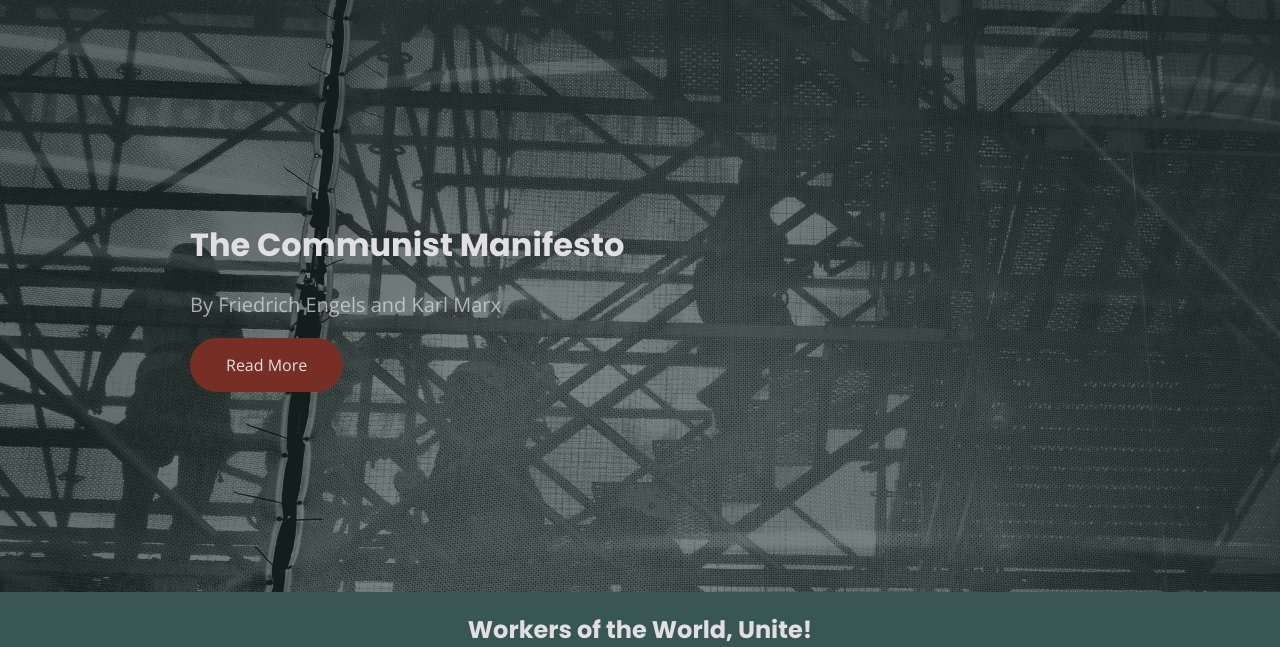
Repository: eaang/landing
Page: index.html
The author's editor kept a copy of each file at every save. The page is drawn from the files as they stood at one save, then again after the next save.
The browser window is 1280 px wide. The pictures show the part of the page from y = 0 to 647 px (the page is 1078 px tall).
A picture or video elsewhere on the page could not be fetched, so the positions and the page height are approximate. Some web libraries are served in a nearby version.

Above is the page before, as saved 2020-06-10 16:21:51.

After the next save:
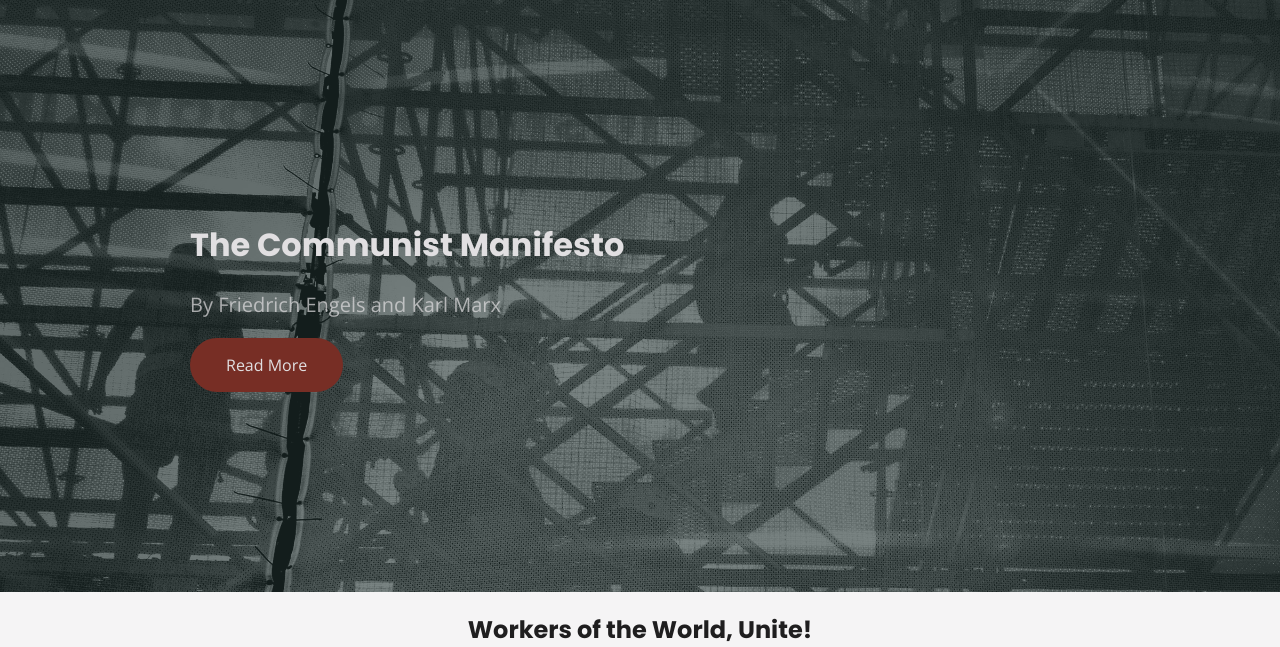
Saved 41 s later.
--- a/css/style.css
+++ b/css/style.css
@@ -8,8 +8,8 @@
 body {
   margin: 0;
   font-family: Open Sans;
-  background-color: #385654;
-  color: #E1DFE1;
+  background-color: #F5F4F5;
+  color: #1F1E1F;
 }
 
 h1, h2, h3, h4 {
